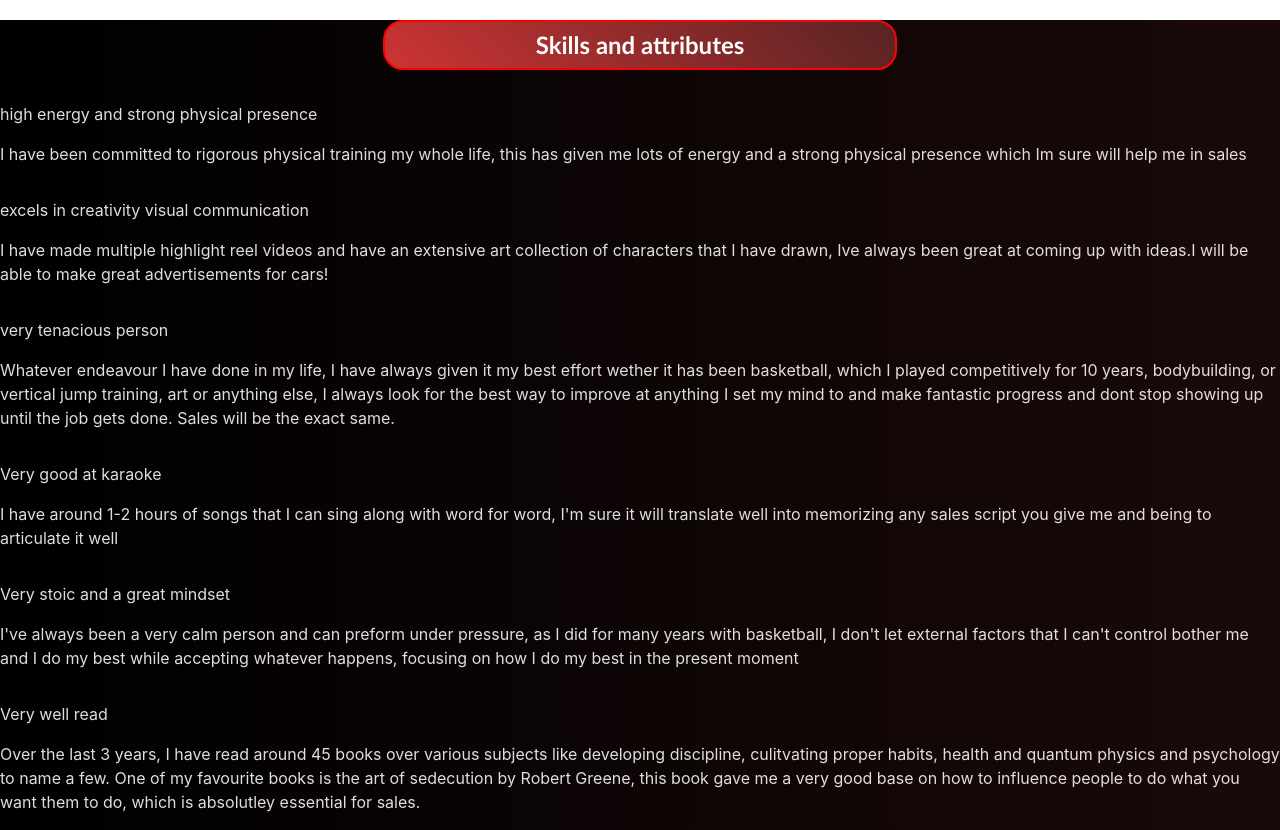
Repository: TMuse333/resume1
Page: /
These files come from the project's save history. The page is drawn as it stood at one moment and after the next save; the edit follows.
The browser window is 1280 px wide. The pictures show the whole page.
The project was rebuilt for these pictures with package versions that can differ from the ones it lists, and the page was loaded fresh each time. Also part of the build but not shown: vite.config.js, src/components/navbar.jsx, src/components/about.jsx, src/components/contact.jsx, src/components/footer.jsx, src/components/experience.jsx, src/components/carousel.jsx, src/components/experienceCarousel.jsx and 4 more. Imported but missing from the stored project, and not drawn on this page: src/images/best_dunk.mp4.

Above is the page before, as saved 2023-10-18 15:08:04.

### index.html
<!doctype html>
<html lang="en">
  <head>
    <meta charset="UTF-8" />

    <meta name="viewport" content="width=device-width, initial-scale=1.0" />
    <title>Thomas Musial Resume 1</title>
  </head>
  <body>
    <div id="root"></div>
    <script type="module" src="/src/main.jsx"></script>
  </body>
</html>

### src/main.jsx
import './index.css'
import * as React from 'react';
import { StrictMode } from 'react';
import { createRoot } from 'react-dom/client';
import { BrowserRouter } from 'react-router-dom';

import App from './App';

const rootElement = document.getElementById('root');
const root = createRoot(rootElement);

root.render(
  <StrictMode>
    <BrowserRouter>
      <App />
    </BrowserRouter>
  </StrictMode>
);

### src/index.css
:root {
  font-family: Inter, system-ui, Avenir, Helvetica, Arial, sans-serif;
  line-height: 1.5;
  font-weight: 400;

  /* color-scheme: light dark; */
  color: rgba(255, 255, 255, 0.87);
  background-color: #242424;

  font-synthesis: none;
  text-rendering: optimizeLegibility;
  -webkit-font-smoothing: antialiased;
  -moz-osx-font-smoothing: grayscale;
  -webkit-text-size-adjust: 100%;
}

a {
  font-weight: 500;
/* color:black; */
  text-decoration: inherit;
}
a:hover {

}

body {
  margin: 0;
  display: flex;
  place-items: center;
  min-width: 320px;
  min-height: 100vh;
}

h1 {
  font-size: 3.2em;
  line-height: 1.1;
}

button {
  border-radius: 8px;
  border: 1px solid transparent;
  padding: 0.6em 1.2em;
  font-size: 1em;
  font-weight: 500;
  font-family: inherit;

  cursor: pointer;
  transition: border-color 0.25s;
}
button:hover {

}
button:focus,
button:focus-visible {

}

@media (prefers-color-scheme: light) {
  :root {
    /* color: #213547; */
    background-color: #ffffff;
  }
  a:hover {

  }
  button {
    background-color: #f9f9f9;
  }
}

### src/App.jsx
import { useState } from 'react'
import './App.css'
import {
  BrowserRouter as Router,

  Route, Routes

} from "react-router-dom";




import MainLayout from './components/MainLayout';

import { SkillProvider } from './context/context'
import FAQ from './components/FAQ';
import Progress from './components/progress';


function App() {
  return (
    <>

    <SkillProvider>
   <Routes>

      <Route path='/' element={<MainLayout/>}/>
     <Route path="/FAQ" element={<FAQ/>}/>
     <Route path="/progress" element={<Progress/>}/>
      </Routes>
      </SkillProvider>


   </>
  );
}

export default App;

### src/components/MainLayout.jsx
import React from 'react';
import Navbar from './navbar';
import About from './about';
import Skills from './skills';

import ContactForm from './contact';
import Footer from './footer';
import Carousel from './carousel';



import ExperienceCarousel from './experienceCarousel';
import BulletPointList from './bulletPointList';

 // Replace with the actual path to your Navbar component

function MainLayout({ children }) {
  return (
   <>
   {/* <Navbar/> */}
   {/* <About/> */}
   <Skills/>
   {/* <BulletPointList/> */}
  {/* <Carousel/> */}
    {/* <ExperienceCarousel/> */}
    {/* <ContactForm/> */}
    {/* <Footer/> */}
    </>


  );
}

export default MainLayout;

### src/context/context.jsx
// SkillContext.js

import React, { createContext, useContext, useState } from 'react';

// Create the SkillContext
const SkillContext = createContext();

// Create a custom hook for accessing the SkillContext
export function useSkillContext() {
  return useContext(SkillContext);
}

// Create the SkillProvider component
export function SkillProvider({ children }) {
  const [selectedSkillIndex, setSelectedSkillIndex] = useState(null);

  return (
    <SkillContext.Provider value={{ selectedSkillIndex, setSelectedSkillIndex }}>
      {children}
    </SkillContext.Provider>
  );
}

### src/components/skills.jsx
import React, { useEffect, useState } from 'react';
import { motion } from 'framer-motion';
import { attributes } from './skillDesc';

import { services } from './skillDesc';
import { useSkillContext } from '../context/context';

const Skills = () => {
  const [skillsInView, setSkillsInView] = useState(Array(services.length).fill(false));
  const { selectedSkillIndex, setSelectedSkillIndex } = useSkillContext();
  const [isHovered, setIsHovered] = useState(-1)
  const [isSkillDescriptionVisible, setIsSkillDescriptionVisible] = useState(Array(services.length).fill(false));


  const handleSkillClick = (index) => {
    setSelectedSkillIndex(index);
    console.log(selectedSkillIndex)

    setIsSkillDescriptionVisible((prev) => {
      const newIsSkillDescriptionVisible = [...prev];
      newIsSkillDescriptionVisible[index] = !prev[index];

      return newIsSkillDescriptionVisible;
    });
  };



  const handleHover = () => {
        setIsHovered(index)
  }


  const style = (index) =>( {

    height: selectedSkillIndex === index  && isSkillDescriptionVisible[index]? '375px' : '200px',
    transition: 'height 0.3s ease-in-out',
  })





  const staggerVariants = {
    visible: (index) => ({
      opacity: 1,
      x: 0,
       // Always start from the center
      transition: {
        duration:  + 0.5,
      },
    }),
    hidden: (index) => ({
      opacity: 0,
      x: -100, // Alternate between left and right
    }),
  };

  const skillStyles = (index) => ({
    // boxShadow: isHovered === index ? '0 0 100px rgba(10, 128, 0, 1)' : null,
    backgroundColor: isHovered === index ? 'rgba(305, 100, 100, 1)' : 'transparent',

    transform: isHovered === index ? 'scale(1.2)' : 'scale(1)',
    padding: '10px',
    borderRadius: '30px'

});

  useEffect(() => {
    const handleScroll = () => {
      services.forEach((skill, index) => {
        const skillsSection = document.getElementById(`skill-${index}`);
        if (skillsSection) {
          const { top} = skillsSection.getBoundingClientRect();


          const threshold = 100

          // Check if the skills section is in the viewport with the calculated threshold
          const isInView = top < window.innerHeight - threshold  ;
      //    console.log(`Skill ${index} - top: ${top}, window.innerHeight - threshold: ${window.innerHeight - threshold}, isInView: ${isInView}`);
          // Update the skillsInView array with the new in-view state
          setSkillsInView((prevSkillsInView) => {
            const newSkillsInView = [...prevSkillsInView];
            newSkillsInView[index] = isInView || prevSkillsInView[index]; // Update the state to true if already in view
            return newSkillsInView;
          });
        }
      });
    };

    // Add an event listener for scroll
    window.addEventListener('scroll', handleScroll);

    // Clean up the event listener when the component unmounts
    return () => {
      window.removeEventListener('scroll', handleScroll);
    };
  }, []);




  return (
    <section className="skills-section">
      <h2 className="section-title">Skills and attributes</h2>
      <div className="skills-container ">
        {attributes.map((skill, index) => (
         <div>
          <p>{skill.name}</p>
          <p>{skill.description}</p>
         </div>
        ))}
      </div>
    </section>
  );
};

export default Skills;

### src/components/skillDesc.js
import vegeta from '../images/vegeta-battle.png';
import majinVegeta from '../images/majin-vegeta.png'
import kakashi from '../images/kakashi-susanoo.jpg'
import abu from '../images/abu.png'
import obito from '../images/war_obito.jpg'
import ss1goku from '../images/ss1-goku.png'
import kakashi1 from '../images/first-kakashi.jpg'
import itachi1 from '../images/first-itachi.png'
import susanoo from '../images/susanoo.jpg'
import abuFlex from '../images/aboubacar-5-fire.png'
import vegeta1 from '../images/first-vegeta.png'
import abu1 from '../images/abu3.jpg'
import broly from '../images/broly.jpg'



import dunk from '../images/important_dunk.jpg'
import art from '../images/vegeta_progress.jpg'
import muscle from '../images/muscular_thomas.png'
import goku from '../images/goku-vs-jiren.jpg'

import smallTom from '../images/progress-pics/biggerTMuse.jpg'
import biggerTom from '../images/progress-pics/biggerTMuse.jpg'






export const experiences = [
  {
    title: 'Gym progress',
    description: 'Since the age of 13, I have been dedicated to building a strong body through weight training. '+
    'This has given me a high work capacity and how to deal with stress and work through it, which Im sure is an important skill for sales',
    image: muscle,
    height: 200,
    width: 30,
    maxWidth: 350,
    index:0


  },
  {
    title: 'Drawing progress',
    description: 'Ever since I was a young boy, I have been into drawing, it taught me how to really focus on a particular object and copy it detail for detail '+
    'I am sure I will be able to apply the focus and attention to detail into a sales career! Im sure it will also translate into creating useful and unique advertisements!',
    image: abuFlex,
    height: 50,
    width: 80,
    maxWidth: '300',
    index:1


  },
  {
    title: 'Dunking progress',
    description: "Wanting to ability to dunk for basketball, I dedicated myself to vertical jump training, "+
    "which took a lot more effort and planning than regular bodybuilding. "+
    "I will take the same structured approach to learning the art of sales!",
    image: dunk,
    height: 500,
    width: 250,
    maxWidth: '300',
    index:2

  },


]





  export const services = [
    {
      name: 'A very disciplined and focused individual',
      description: 'I live a very structured life to ensure that no precious time is wasted.'+
      'I always ensure to get around 2 to 4 hours of concentrated work with no distractions in a day while going to the gym first thing in the morning.'+
      ' while ending the day with an hour long meditation.'
    },
    // {
    //   name: 'Strong thirst for knowledge',
    //   description: 'I am always looking for new ways to improve my life and learn how the world works and why. '+
    //   'Over the last two years I have read approximately 45 books covering subjects on self development, psychology and quantum physics among other subjects '+
    //   "to try and understand the best way to navigate through life"
    // },
    // {
    //   name: 'Very calm individual and high stress tolerance',
    //   description: "As a very focused person, I dont let other meaningless external factors effect the primary objective."+
    //   'Through years of competitive basketball and years of weight lifting, I have learned how to preform under pressure situations '+
    //   'and complete the objective. I also practice stoicism and accept things the way they are and focus only on what I can control.'
    // },
    // {
    //   name: 'Very coachable',
    //   description:
    //   'Through out my basketball years I was very obidient to my coaches and did as I was told.'+
    //   'I will take whatever sales training you give me very seriously and do my best to implement it effectivley'
    // },
    // {
    //   name: 'Very tenacious',
    //   description: `Whatever task or subject I've taken on in my life, I have dedicated substantial periods of time to improve at it,` +
    //   'Whenever I put my mind to something I put all of my effort into it and made great improvements at it.'+
    //   " I am ready for sales to be the next thing I become great at."
    // },
    // {
    //   name: 'Competent with technology',
    //   description: 'I completed two years of computer science at Dalhousie university, giving me a solid foundation on how '+
    //   "to use technology. I even built this website myself!"
    // },
    // {
    //   name: 'Very well presented',
    //   description: 'I am aware that how you present yourself matters in a sales job '+
    //   "and I put substantial effort into my appearance by staying in great shape and putting together nice business orientated outfits on to be taken seriously"
    // },
    // {
    //   name: 'Thrives on diligence and hard work.',
    //   description: 'I am a man who is built to work, especially at my young age of 20 where I have large amounts of energy to expend.'+
    //   `I always put my best effort forward because I dislike being lazy and wasting all of my potential, as you only live once.` +
    //   'Where ever I go I put my best foot forward and do my best to gain the maximum benefit from anything I do'
    // },
    // Add more services here if needed
  ];


export const progress = [


  {
    name:'art progress',
    images:[
      {
        name:vegeta1,
        style: {
          width:'50vw',
          maxWidth: '400px',
          maxHeight: null,
          transform: 'translateY(25%)'
        }
      },

      {
        name:vegeta,
        style: {
          width:'50vw',
          maxWidth: '400px',
          maxHeight:'600px'
        }
      },
      {
        name:ss1goku,
        style: {
          width:'50vw',
          maxWidth: '400px',
          maxHeight: '454px',
          transform: 'translateY(25%)',
         // height:'454px'
        }
      },
      {
        name:broly,
        style: {
          width:'50vw',
          maxWidth: '400px',
          maxHeight:'600px'
        }
      },
      {
        name:kakashi1,
        style: {
          width:'50vw',
          maxWidth: '400px',
          maxHeight: null,
          transform: 'translateY(25%)'
        }
      },
      {
        name:kakashi,
        style: {
          width:'50vw',
          maxWidth: '400px',
          maxHeight:'600px'
        }
      },
      {
        name:abu1,
        style: {
          width:'50vw',
          maxWidth: '400px',
          maxHeight:'600px',
        //  height: '231px'
        }
      },
      {
        name:abuFlex,
        style: {
          width:'50vw',
          maxWidth: '400px',
          maxHeight:'600px',
          transform: 'translateY(20%)',
      //  height:'311px'
        }
      },

    ],
    description:
    'art is phenomenal'

  },

]


export const attributes = [
  {
    name: 'high energy and strong physical presence',
    description:'I have been committed to rigorous physical training my whole life, '+
    'this has given me lots of energy and a strong physical presence which Im sure will '+
    'help me in sales'
  },
  {
    name:'excels in creativity visual communication',
    description:'I have made multiple highlight reel videos and have an extensive art '+
    'collection of characters that I have drawn, Ive always been great at coming up with ideas.'+
    'I will be able to make great advertisements for cars!'
  },
  {
    name:'very tenacious person',
    description:'Whatever endeavour I have done in my life, I have always given it my best effort '+
    'wether it has been basketball, which I played competitively for 10 years, bodybuilding, or vertical jump training, art or '+
    'anything else, I always look for the best way to improve at anything I set my mind to and make fantastic progress and dont stop '+
    'showing up until the job gets done. Sales will be the exact same.'
  },
  {
    name:'Very good at karaoke',
    description:'I have around 1-2 hours of songs that I can sing along with word for word, '+
    "I'm sure it will translate well into memorizing any sales script you give me and being to articulate it well"
  },
  {
    name:'Very stoic and a great mindset',
    description:"I've always been a very calm person and can preform under pressure, as I did for many years "+
    "with basketball, I don't let external factors that I can't control bother me and I do my best while accepting whatever happens, "+
    "focusing on how I do my best in the present moment"
  },
  {
    name:'Very well read',
    description:'Over the last 3 years, I have read around 45 books over various subjects like developing discipline, culitvating proper habits, '
    +'health and quantum physics and psychology to name a few. One of my favourite books '+
    'is the art of sedecution by Robert Greene, this book gave me a very good base on how to '+
    'influence people to do what you want them to do, which is absolutley essential for sales.'
  }

]

Loaded but not shown: src/App.css (713 lines, source omitted)

After the next save:
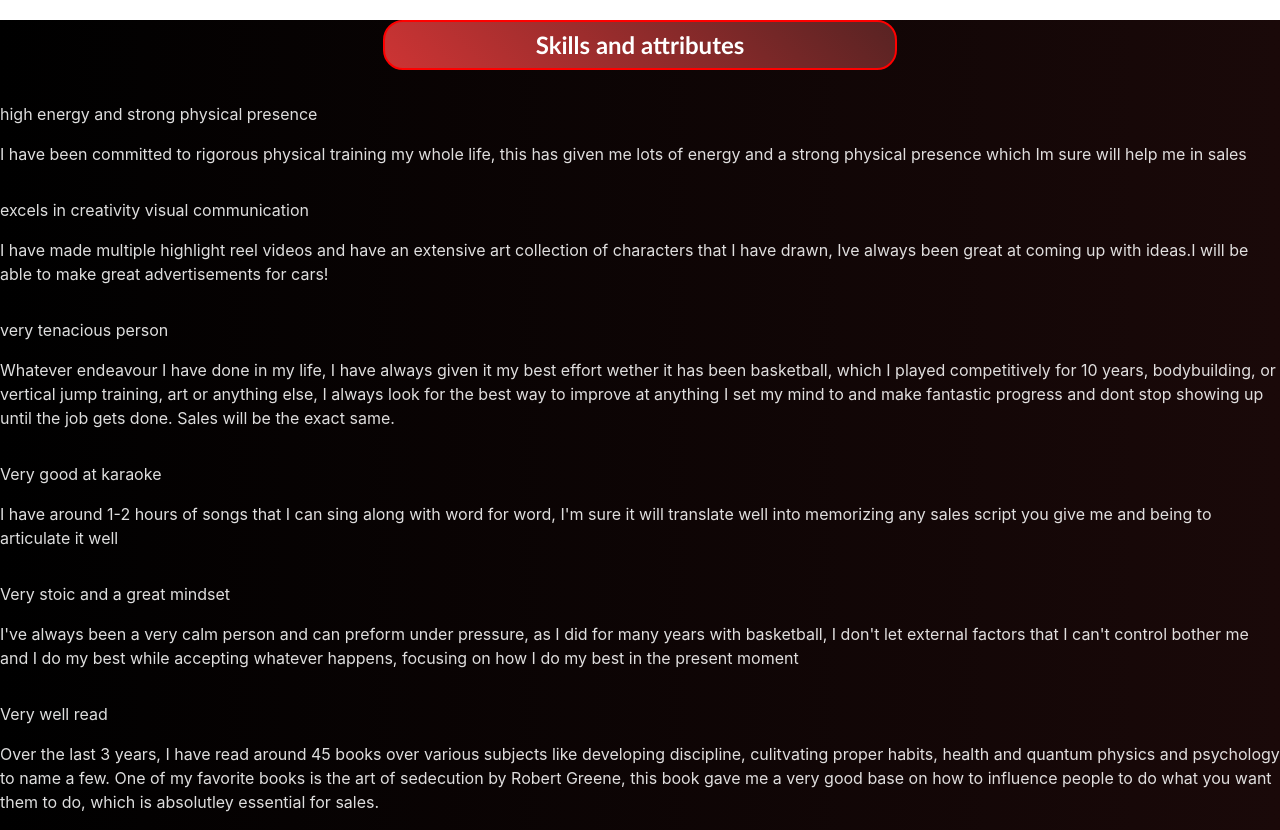
Saved 25 s later.
--- a/src/components/skillDesc.js
+++ b/src/components/skillDesc.js
@@ -245,7 +245,7 @@ export const attributes = [
   {
     name:'Very well read',
     description:'Over the last 3 years, I have read around 45 books over various subjects like developing discipline, culitvating proper habits, '
-    +'health and quantum physics and psychology to name a few. One of my favourite books '+
+    +'health and quantum physics and psychology to name a few. One of my favorite books '+
     'is the art of sedecution by Robert Greene, this book gave me a very good base on how to '+
     'influence people to do what you want them to do, which is absolutley essential for sales.'
   }
